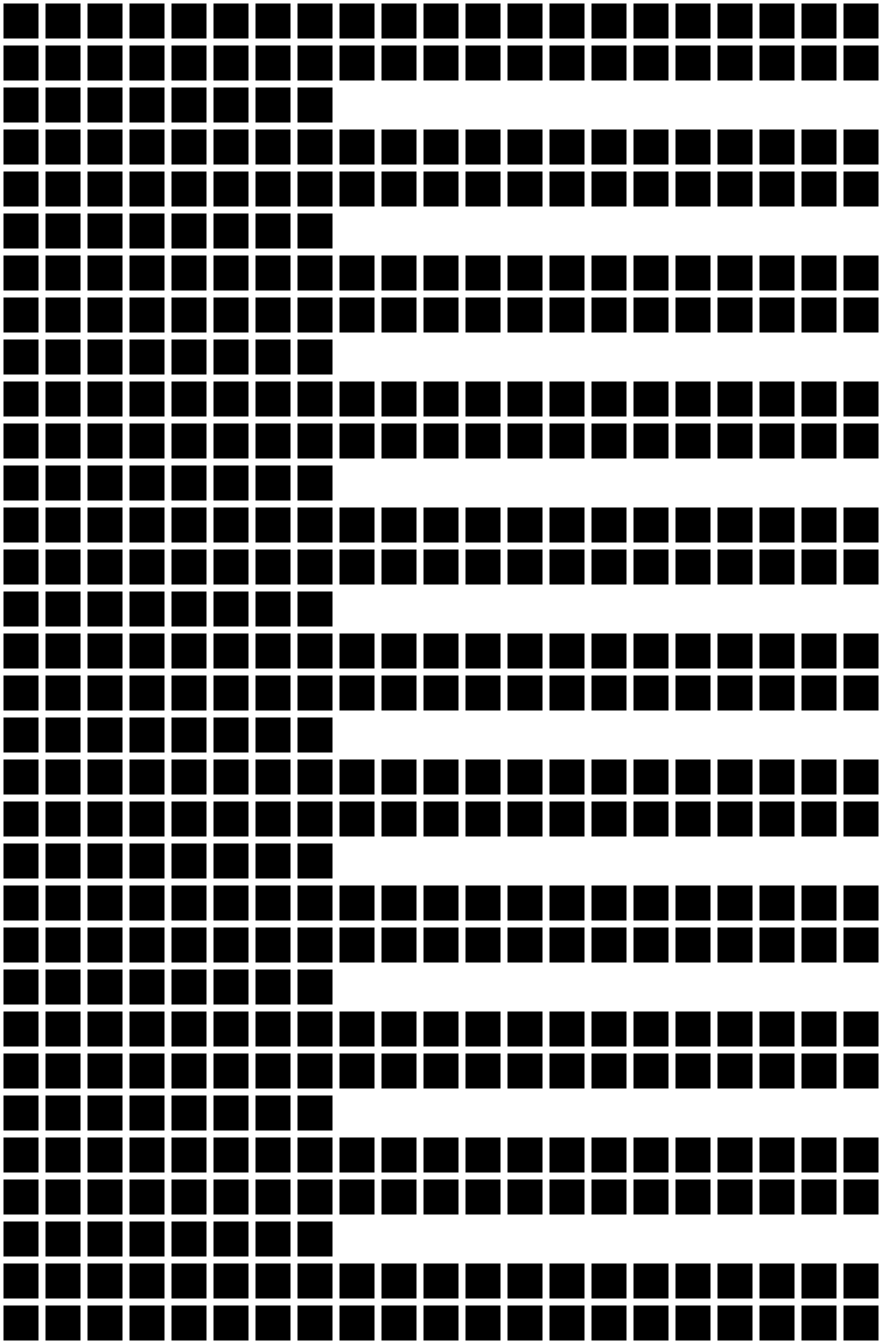
Repository: sokafootball/etch-a-sketc
Page: index.html
These files come from the project's save history. The page is drawn as it stood at one moment and after the next save; the edit follows.
The browser window is 1280 px wide. The pictures show the part of the page from y = 0 to 1920 px (the page is 9000 px tall before and 720 px after), at 70% of full size.

Above is the page before, as saved 2020-04-16 20:44:49.

After the next save:
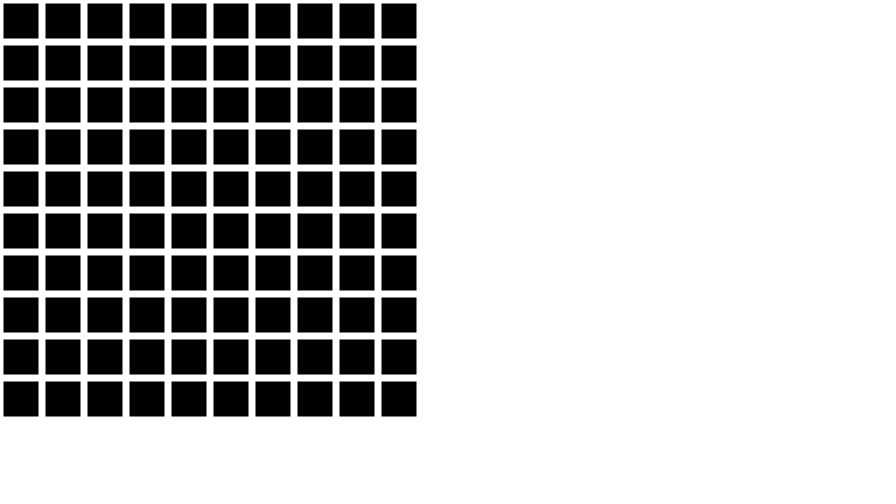
Saved 23 s later.
--- a/script.js
+++ b/script.js
@@ -1,5 +1,5 @@
 const grid = document.querySelector(`#grid-div`)
-const squaresPerSide = 50
+const squaresPerSide = 10
 for (let i = 1; i <= squaresPerSide; i++) {
   for (let j = 1; j <= squaresPerSide; j++) {
     const cell = document.createElement(`div`)

After the save that followed:
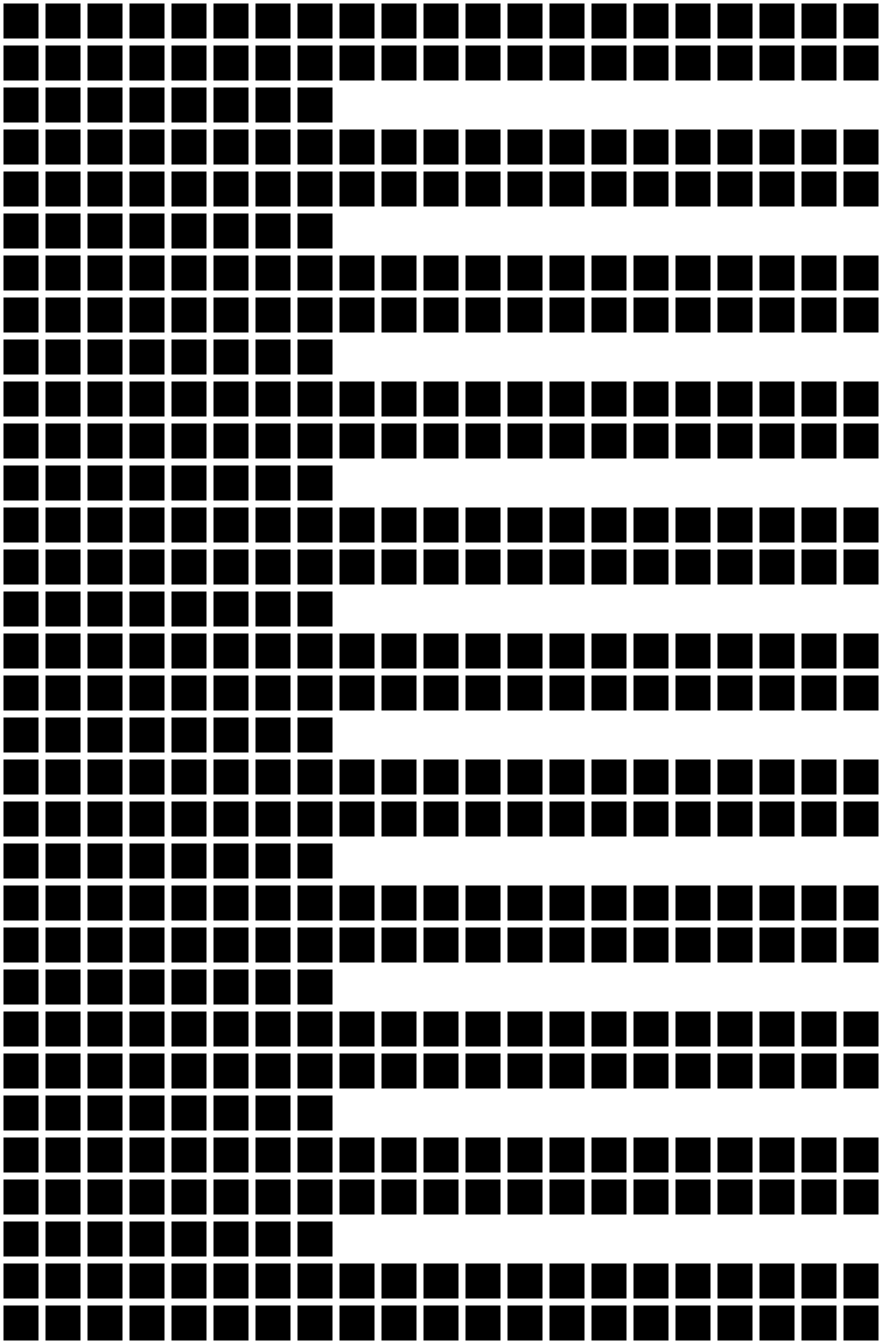
Saved 7 s later.
--- a/script.js
+++ b/script.js
@@ -1,5 +1,5 @@
 const grid = document.querySelector(`#grid-div`)
-const squaresPerSide = 10
+const squaresPerSide = 50
 for (let i = 1; i <= squaresPerSide; i++) {
   for (let j = 1; j <= squaresPerSide; j++) {
     const cell = document.createElement(`div`)
